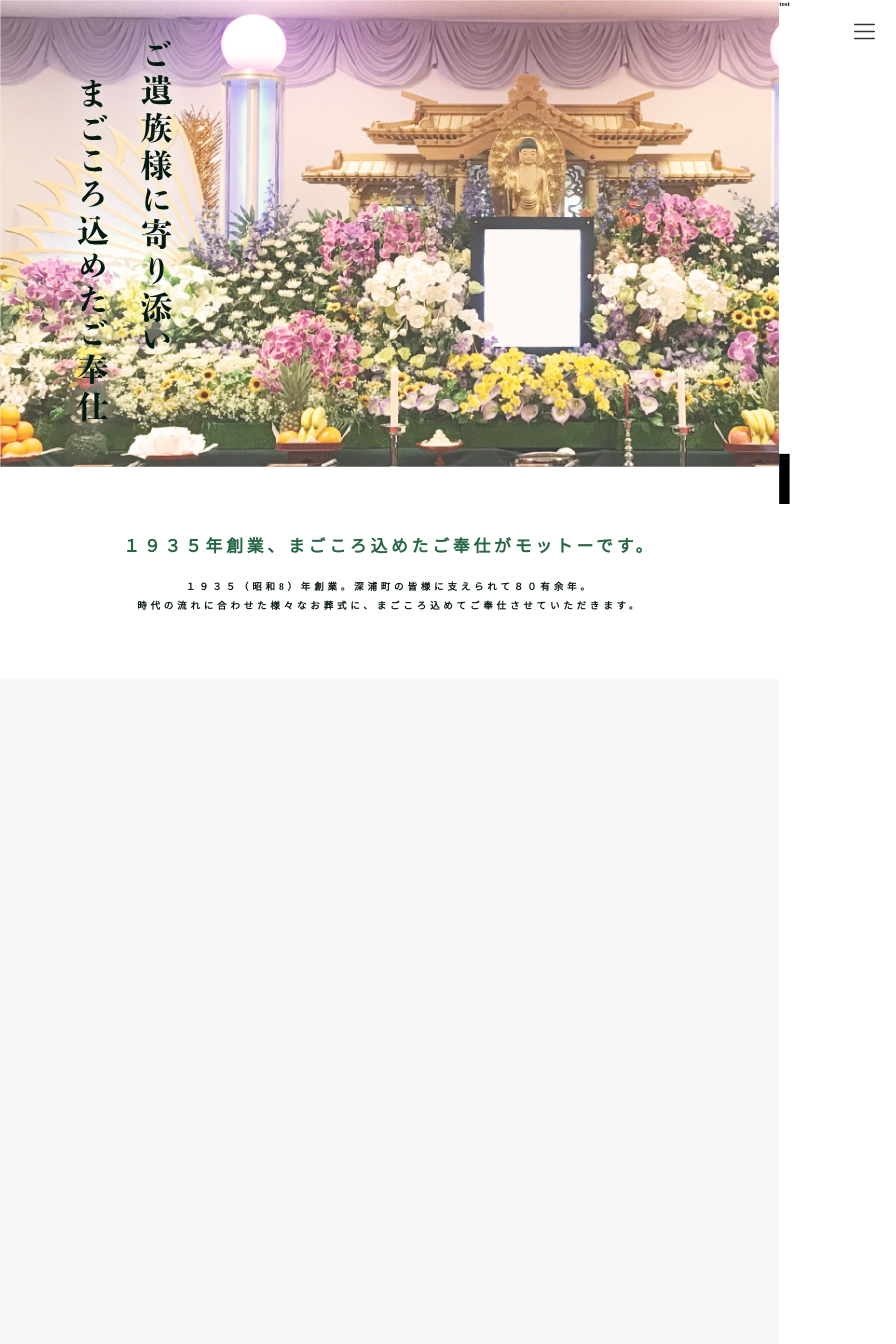
Repository: plus-agc-service-yamauchi/yoshii_scratch_ver3
Page: index.html
An editor plug-in stored every save of this project. The page is shown before and after the next save, followed by the edit.
The browser window is 1280 px wide. The pictures show the part of the page from y = 0 to 1920 px (the page is 3726 px tall), at 70% of full size.
Some web libraries are served in a nearby version. The style sheet was rebuilt from its Sass, Less or Tailwind sources for each picture, by a compiler version that may differ from the author's.

Above is the page before, as saved 2021-01-28 22:45:39.
Console error (its wording comes from the project's code and is left out).

After the next save:
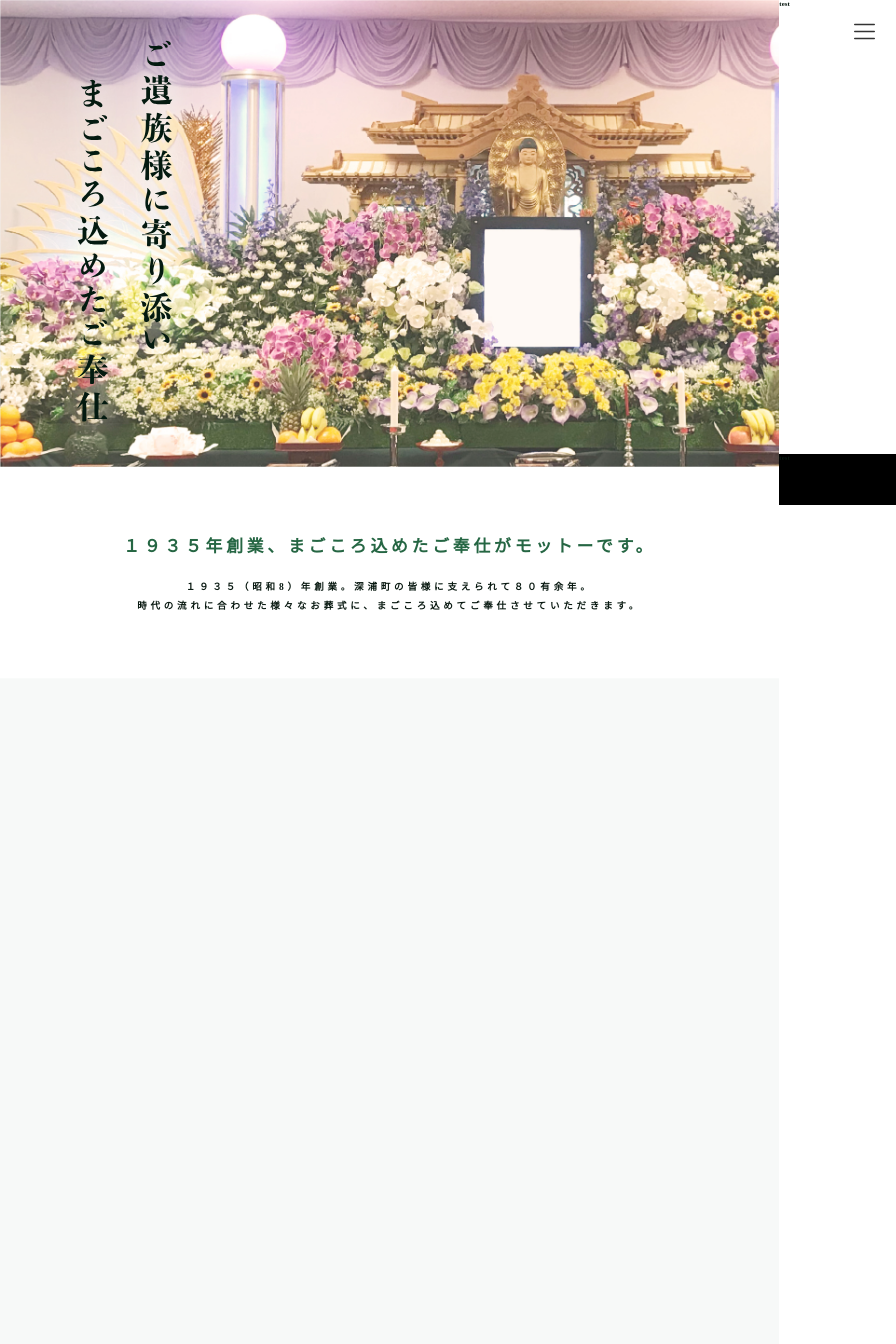
Saved 31 s later.
--- a/index.html
+++ b/index.html
@@ -309,7 +309,7 @@
             </div>
             <div class="right">
                 <div style="height:90%;">test</div>
-                <div style="height:10%;background:#000;position:fixed;bottom:0;">test</div>
+                <div style="height:10%;background:#000;position:fixed;bottom:0;width:100%;">test</div>
                 <!-- サイドバー -->
                 <!-- <div class="sidebar"> -->
                     <!-- <div> -->
